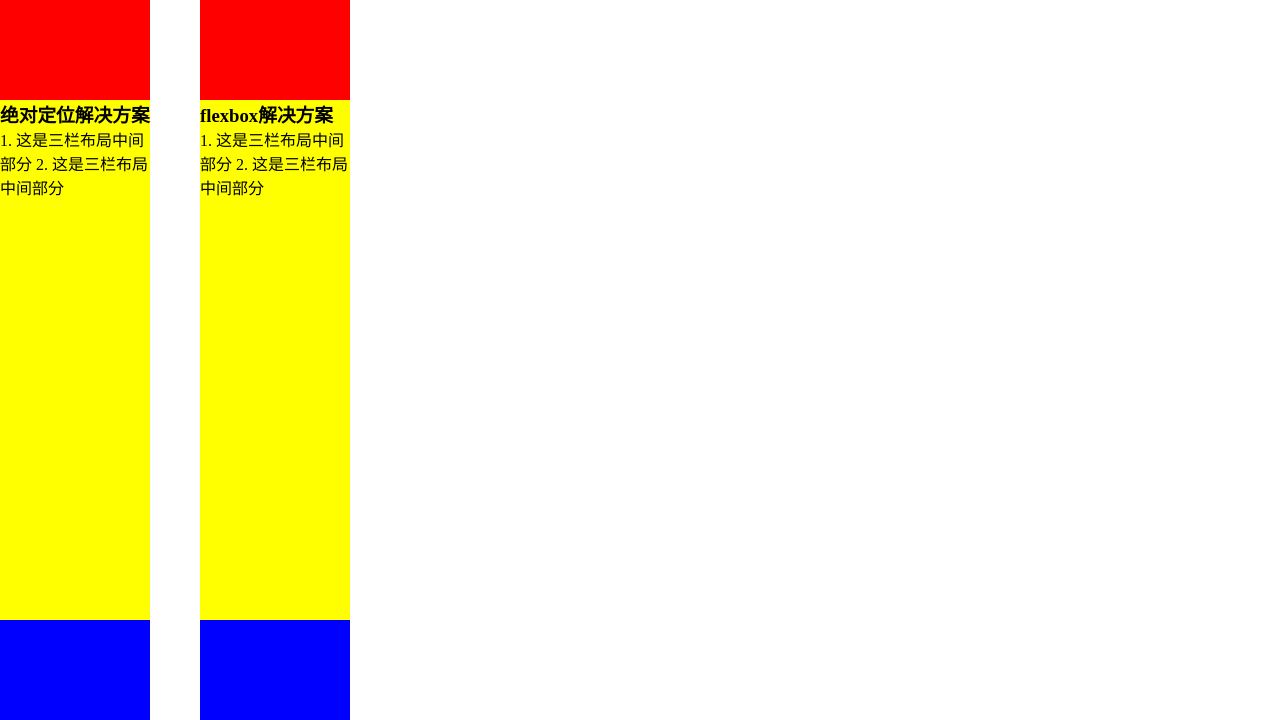
Repository: Qianfane/Blog
Page: 面试相关/测试/1-2、三栏布局-上中下.html
The author's editor kept a copy of each file at every save. The page is drawn from the files as they stood at one save, then again after the next save.
The browser window is 1280 px wide. The pictures show the whole page.

Above is the page before, as saved 2022-01-02 18:56:36.

After the next save:
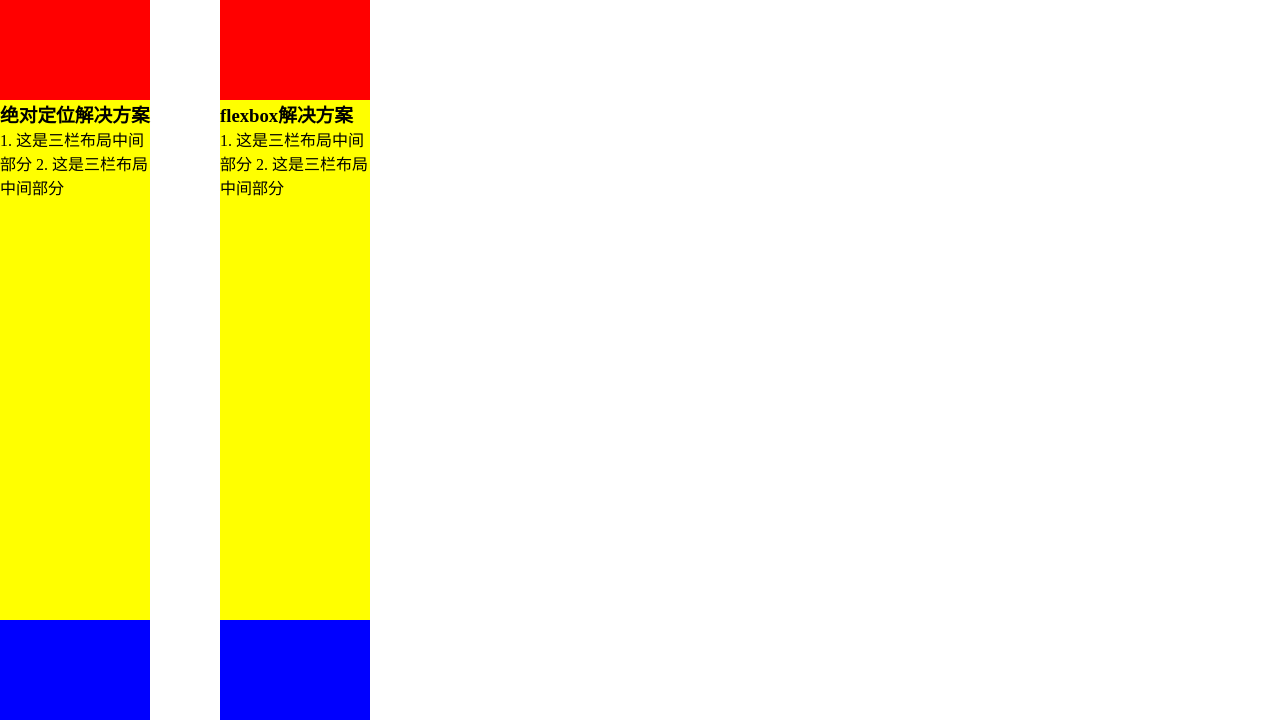
Saved 9 s later.
--- a/面试相关/测试/1-2、三栏布局-上中下.html
+++ b/面试相关/测试/1-2、三栏布局-上中下.html
@@ -18,7 +18,7 @@
             display: flex;
         }
         .layout {
-            /* margin-right: 20px; */
+            margin-right: 20px;
             height: 100%;
         }
         .layout article div {
